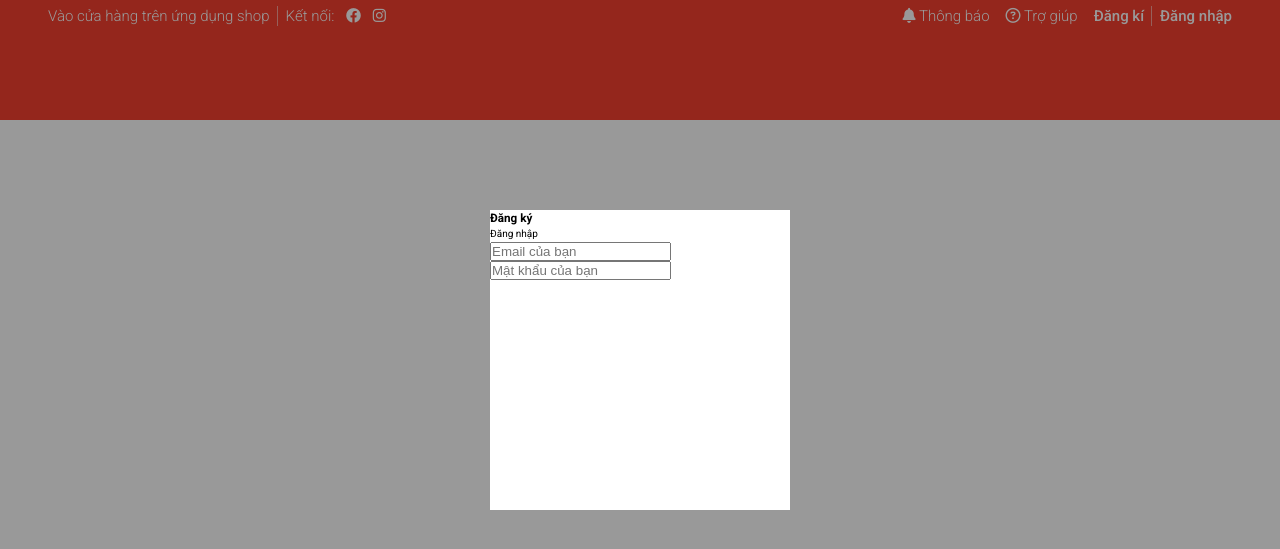
Repository: nguyenhoang2002062929/shoppee
Page: index.html
The author's editor kept a copy of each file at every save. The page is drawn from the files as they stood at one save, then again after the next save.
The browser window is 1280 px wide. The pictures show the whole page.

Above is the page before, as saved 2023-06-19 23:16:54.

### index.html
<!DOCTYPE html>
<html lang="en">
<head>
    <meta charset="UTF-8">
    <meta name="viewport" content="width=device-width, initial-scale=1.0">
    <title>Document</title>

    <link rel="stylesheet" href="./assets/css/base.css">
    <link rel="stylesheet" href="./assets/css/main.css">
    <link href="https://fonts.googleapis.com/css2?family=Roboto:wght@100;300;400;500;700&display=swap" rel="stylesheet">
    <link rel="stylesheet" href="https://cdnjs.cloudflare.com/ajax/libs/font-awesome/6.4.0/css/all.min.css" integrity="sha512-iecdLmaskl7CVkqkXNQ/ZH/XLlvWZOJyj7Yy7tcenmpD1ypASozpmT/E0iPtmFIB46ZmdtAc9eNBvH0H/ZpiBw==" crossorigin="anonymous" referrerpolicy="no-referrer" />

</head>
<body>
    <div class="app">
        <!-- header -->
        <div class="header">
            <div class="gird">

                <nav class="header__nav">
                    <ul class="header__nav-list">
                        <li class="header__nav-item header__nav-item--separate header__nav-item--hover-qr ">Vào cửa hàng trên ứng dụng shop
                            <!-- header qr code -->
                            <div class="header__qr-code">
                                <img src="./assets/img/qr_code.png" alt="" class="header__qr-code-img">
                                <div class="header__qr-code-app">
                                    <img src="./assets/img/googplay.png" alt="" class="header__app">
                                    <img src="./assets/img/appStore.png" alt="" class="header__app">
                                </div>
                            </div>
                        </li>
                        <li class="header__nav-item">
                            <span>Kết nối:</span>
                            <a href="" class="header_nav-item-icon"> <i class="fab fa-facebook"></i></a>
                            <a href="" class="header_nav-item-icon"> <i class="fab fa-instagram"></i></a>
                        </li>
                    </ul>

                    <ul class="header__nav-list">
                        <li class="header__nav-item header__nav-item--notify "><a class="header__nav-item-link" href=""><i class="fas fa-bell"></i> Thông báo</a>
                           <!-- notify -->
                           <div class="header__notify">
                                <div class="header__notify-header">
                                    <h3 class="notify__title">Thông Báo Mới Nhận</h3>
                                </div>
                                <ul class="notify__list">
                                    <li class="notify__list-item notify__list-item--view">
                                        <img src="https://cf.shopee.vn/file/d52c8e2d6975e3175edda97f317e21cb_tn" alt="" class="notify__list-item-img">
                                        <div class="notify__list-item-text">
                                            <p class="notify__list-item-text-big">Nhanh tay săn ngay mỹ phẩm F8 vào ngày 8/3 để nhận nhiều ưu đãi</p>
                                            <p class="notify__list-item-text-small">Thương hiệu mỹ phẩm đến từ F8, sáng mịn da tự tin ra đường bảo đảm trai bu như kiến hiện đang giảm giá 99% chỉ còn 1k</p>
                                        </div>
                                    </li>
                                    <li class="notify__list-item">
                                        <img src="https://cf.shopee.vn/file/d52c8e2d6975e3175edda97f317e21cb_tn" alt="" class="notify__list-item-img">
                                        <div class="notify__list-item-text">
                                            <p class="notify__list-item-text-big">Nhanh tay săn ngay mỹ phẩm F8 vào ngày 8/3 để nhận nhiều ưu đãi</p>
                                            <p class="notify__list-item-text-small">Thương hiệu mỹ phẩm đến từ F8, sáng mịn da tự tin ra đường bảo đảm trai bu như kiến hiện đang giảm giá 99% chỉ còn 1k</p>
                                        </div>
                                    </li>
                                    <li class="notify__list-item">
                                        <img src="https://cf.shopee.vn/file/d52c8e2d6975e3175edda97f317e21cb_tn" alt="" class="notify__list-item-img">
                                        <div class="notify__list-item-text">
                                            <p class="notify__list-item-text-big">Nhanh tay săn ngay mỹ phẩm F8 vào ngày 8/3 để nhận nhiều ưu đãi</p>
                                            <p class="notify__list-item-text-small">Thương hiệu mỹ phẩm đến từ F8, sáng mịn da tự tin ra đường bảo đảm trai bu như kiến hiện đang giảm giá 99% chỉ còn 1k</p>
                                        </div>
                                    </li>
                                    <li class="notify__list-item notify__list-item--view">
                                        <img src="https://cf.shopee.vn/file/d52c8e2d6975e3175edda97f317e21cb_tn" alt="" class="notify__list-item-img">
                                        <div class="notify__list-item-text">
                                            <p class="notify__list-item-text-big">Nhanh tay săn ngay mỹ phẩm F8 vào ngày 8/3 để nhận nhiều ưu đãi</p>
                                            <p class="notify__list-item-text-small">Thương hiệu mỹ phẩm đến từ F8, sáng mịn da tự tin ra đường bảo đảm trai bu như kiến hiện đang giảm giá 99% chỉ còn 1k</p>
                                        </div>
                                    </li>
                                </ul>
                                <div class="header__notify-footer">Xem tất cả</div>
                            </div>
                        </li>
                        <li class="header__nav-item"><a class="header__nav-item-link" href=""><i class="far fa-question-circle"></i> Trợ giúp</a></li>
                        <li class="header__nav-item header__nav-item--strong header__nav-item--separate">Đăng kí</li>
                        <li class="header__nav-item header__nav-item--strong">Đăng nhập</li>
                    </ul>
                </nav>
            </div>
        </div>

        <!-- container -->
        <div class="container">

        </div>

        <!-- footer -->
        <div class="footer">

        </div>
    </div>

    <!-- modal layout -->
    <div class="modal">
        <div class="modal__overlay"></div>
        <div class="modal__body">
            <div class="modal__inner">
                <!-- Authen form -->
                <div class="auth-form">
                    <div class="auth-form__header">
                        <h3 class="auth-form__heading">Đăng ký</h3>
                        <span class="auth-form__switch-btn">Đăng nhập</span>
                    </div>
                    <div class="auth-form__form">
                        <div class="auth-form__group">
                            <input type="text" class="auth-form__input" placeholder="Email của bạn">
                        </div>
                        <div class="auth-form__group">
                            <input type="password" class="auth-form__input" placeholder="Mật khẩu của bạn">
                        </div>
                    </div>

                </div>
            </div>
        </div>
    </div>
</body>
</html>

### assets/css/base.css
:root{
    --white-color: #fff;
    --black-color: #000;
    --text-color: #333;
    --color-main: #f63f2e;
}
*{
    box-sizing: inherit;
    margin: 0;
    padding: 0;
}
html{
    font-size: 62.5%;
    line-height: 1.6rem;
    font-family: 'Roboto', sans-serif;
    box-sizing: border-box;
}
.gird{
    width: 1200px;
    max-width: 1200px;
    margin: 0 auto;
}
.gird__full-width{
    width: 100%;
}
.gird__row{
    display: flex;
    flex-wrap: wrap;
}

### assets/css/main.css

.header{
    width: 100%;
    height: 120px;
    background-color: #f63f2e;
}
.header__nav{
    display: flex;
    justify-content: space-between;

}
.header__nav-list{
    display: flex;
}
.header__nav-item{
    position: relative;
    display: block;
    font-size: 15px;
    color:  var(--white-color);
    text-decoration: none;
    list-style-type: none;
    font-weight: 300;
    margin: 0px 8px;
    cursor: pointer;
    padding: 8px 0;
}
.header_nav-item-icon{
    text-decoration: none;
    color: var(--white-color);
    margin-left: 8px;
}
.header__nav-item-link{
    text-decoration: none;
    color: var(--white-color);
}
.header__nav-item--strong{
    font-weight: 500;
}
.header__nav-item--separate::after{
    content: "";
    height: 20px;
    color: #fff;
    opacity: 0.5;
    border-left: 1px solid #fff;
    position: absolute;
    top: 50%;
    right: -8px;
    transform: translateY(-50%);
}
.header_nav-item-icon:hover,
.header__nav-item:hover,
.header__nav-item-link:hover{
    color: rgba(255, 255, 255, 0.7);
}
.header__nav-item span{
    cursor: default;
    color: var(--white-color);
}
/* <!-- header qr code --> */
.header__qr-code{
    position: absolute;
    width: 186px;
    background-color: var(--white-color);
    left: 0;
    padding: 8px;
    display: none;
    margin-top: 8px;
    animation: inFace ease 0.4s;
}
.header__qr-code-img{
    width: 100%;
}
.header__qr-code-app{
    display: flex;
    justify-content: space-evenly;
}
.header__app{
    height: 16px;
}
.header__nav-item--hover-qr:hover .header__qr-code{
    display: block;
}
@keyframes inFace{
    from{
        opacity: 0;
    }
    to{
        opacity: 1;
    }
}
/* notify */
.header__notify{
    position: absolute;
    width: 404px;
    background-color: #fff;
    right: 0;
    top: 100%;
    border: 1px solid #ddd;
    border-radius: 2px;
    display: none;
    transform-origin: 90% top;
    animation: headerNotify ease-in 0.2s;
    will-change: opacity , transform;
}
@keyframes headerNotify{
    from{
        opacity: 0;
        transform: scale(0);
    }
    to{
        opacity: 1;
        transform: scale(1);
    }
}
.header__notify::before{
    position: absolute;
    content: "";
    border-width: 20px 35px;
    border-style: solid;
    border-color: transparent transparent #fff transparent;
    top: -28px;
    right: 12px;
}
.header__notify-header{
    display: block;
}
.notify__title{
    color:#333;
    font-weight: 300;
    font-size: 1.5rem;
    padding: 8px;
}
.notify__list{
}
.notify__list-item{
    position: relative;
    display: flex;
    color: #000;
    padding-bottom: 8px;
    padding-top: 8px;
}
.notify__list-item-img{
    top: 0;
    width: 48px;
    align-self: flex-start;
    padding: 2px 8px;
    display: inline;
}
.notify__list-item-text-big{
    font-size: 16px;
    font-weight: 400;
    text-overflow: 2px;
    line-height: 1.5;
}
.notify__list-item-text-small{
    font-size: 12px;
    font-weight: 300;
    color: #333;
    margin-top: 4px;
    line-height: 1.4;
}

.header__notify-footer{
    color: #333;
    text-align: center;
    padding: 8px 0;
    display: block;
}
.notify__list-item--view{
    background-color: rgba(239, 187, 176, 0.2)
}
.header__nav-item--notify:hover .header__notify {
    display: block;
}
.notify__list-item--view:hover{
    background-color: #ddd;
}
/* modal-overlay */
.modal{
    position: absolute;
    top: 0;
    bottom: 0;
    right: 0;
    left: 0;
    display: flex;
}
.modal__overlay{
    position: absolute;
    width: 100%;
    height: 100%;
    background-color:rgba(0, 0, 0, 0.4);
}
.modal__body{
    width: 300px;
    height: 300px;
    background-color: #fff;
    z-index: 1;
    margin: auto;
}

After the next save:
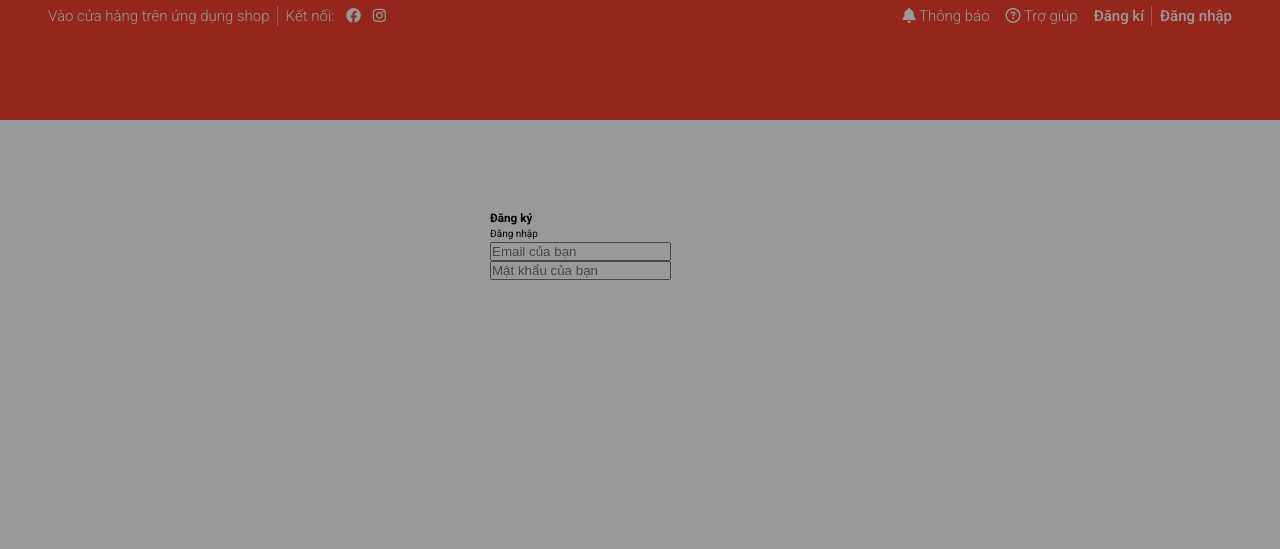
Saved 13 s later.
--- a/assets/css/main.css
+++ b/assets/css/main.css
@@ -194,6 +194,6 @@
     width: 300px;
     height: 300px;
     background-color: #fff;
-    z-index: 1;
+
     margin: auto;
 }

After the save that followed:
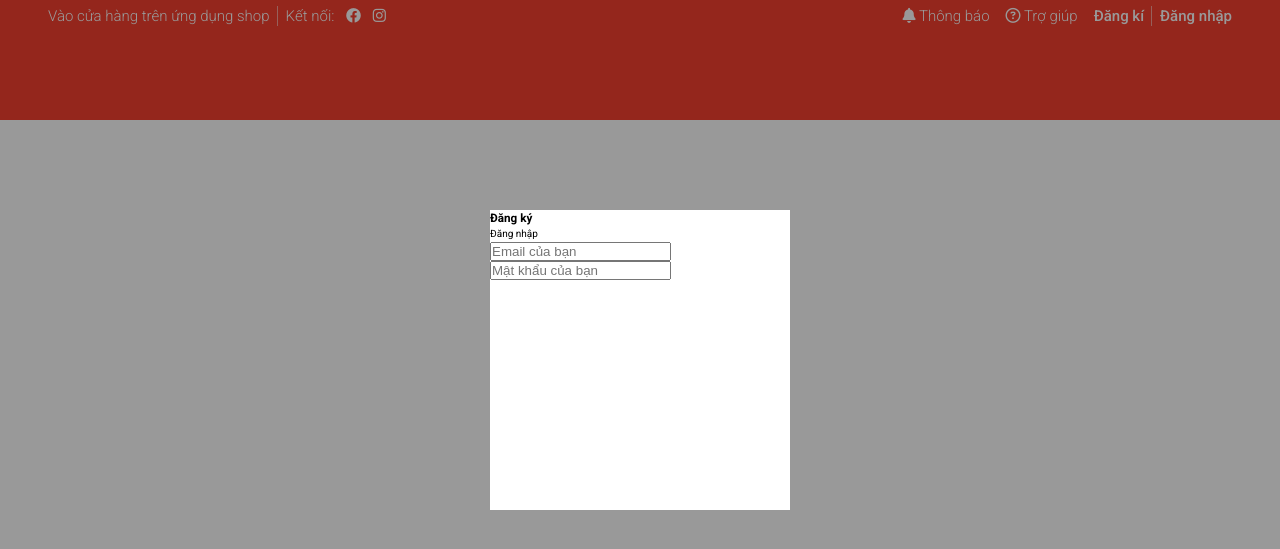
Saved 4 s later.
--- a/assets/css/main.css
+++ b/assets/css/main.css
@@ -194,6 +194,6 @@
     width: 300px;
     height: 300px;
     background-color: #fff;
-
+    z-index: 1;
     margin: auto;
 }
